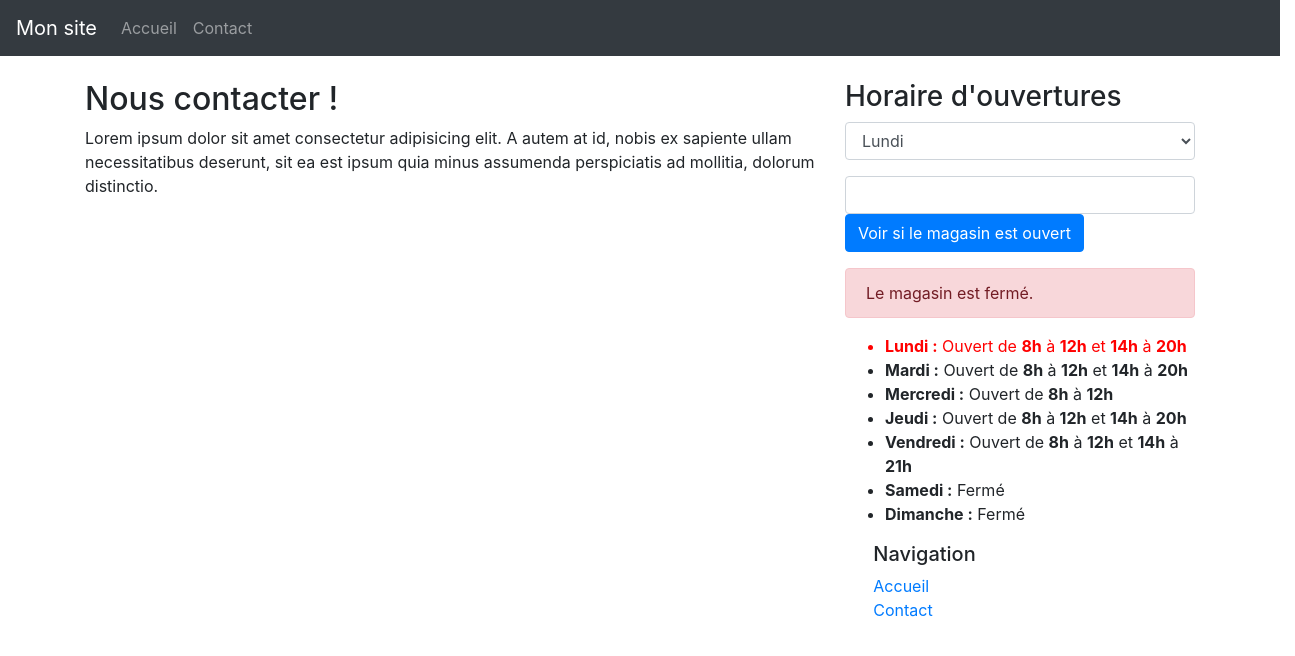
Repository: Alex-Serky/Backend_PHP
Page: http://localhost/contact.php
An editor plug-in stored every save of this project. The page is shown before and after the next save, followed by the edit.
The browser window is 1280 px wide. The page is 1295 px wide, so the pictures cover 1295 px, including what lies to the right of the window. The pictures show the whole page.
Some web libraries are served in a nearby version. The page is run by PHP 8.4 with error messages shown; the project is at /var/www/html/.

Above is the page before, as saved 2020-07-20 23:24:23.

After the next save:
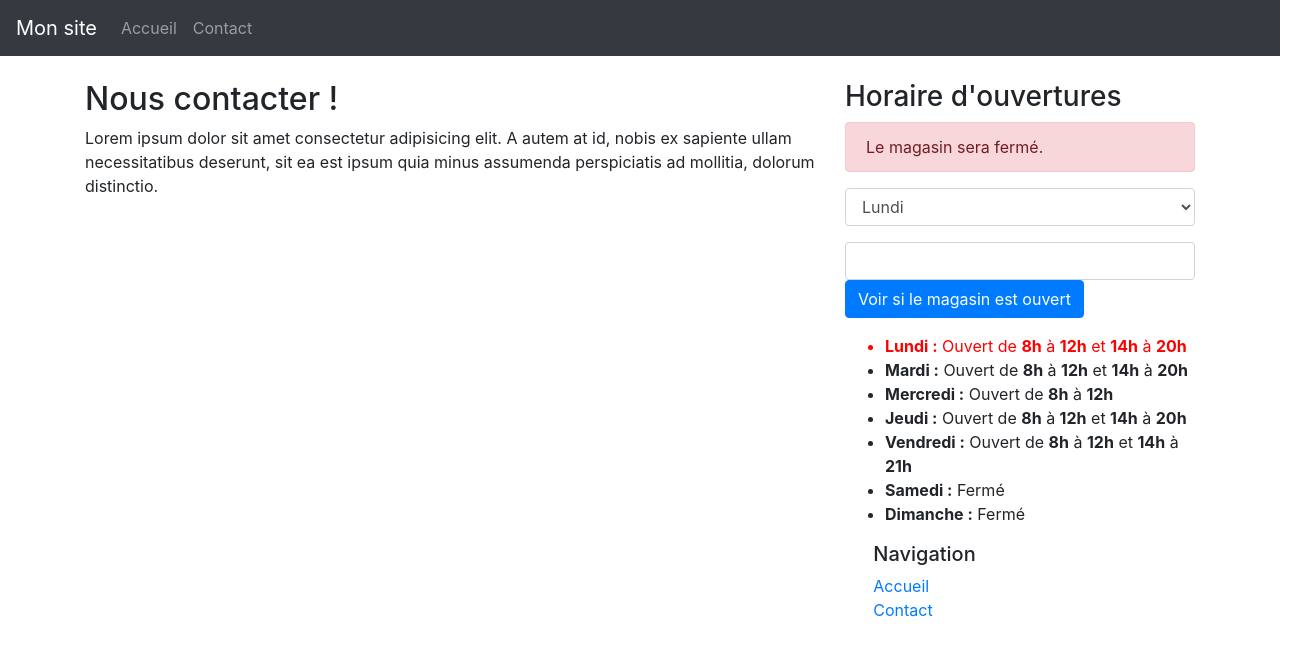
Saved 5 min 50 s later.
--- a/contact.php
+++ b/contact.php
@@ -4,8 +4,9 @@ $title = 'Nous contacter !';
 require_once 'config.php';
 require_once 'functions.php';
 date_default_timezone_set('Europe/Paris');
-$heure = (int)date('G'); // Récupérer l'heure d'aujourd'hui
-$creneaux = CRENEAUX[date('N') - 1]; // Récupérer les créneaux d'aujourd'hui $creneaux
+$heure = (int)($_GET['heure'] ?? date('G')); // Récupérer l'heure d'aujourd'hui
+$jour = (int)($_GET['jour'] ?? date('N') - 1);
+$creneaux = CRENEAUX[$jour]; // Récupérer les créneaux d'aujourd'hui $creneaux
 $ouvert = in_creneaux($heure, $creneaux); // Récupérer l'état d'ouverture du magasin
 $color = $ouvert ? 'green' : 'red';
 // if ($ouvert) { $color = 'green';} else { $color = 'red'; }
@@ -25,6 +26,16 @@ require 'header.php';
     <div class="col-md-4">
         <h3>Horaire d'ouvertures</h3>
 
+        <?php if ($ouvert) : ?>
+            <div class="alert alert-success">
+                Le magasin sera ouvert.
+            </div>
+        <?php else : ?>
+            <div class="alert alert-danger">
+                Le magasin sera fermé.
+            </div>
+        <?php endif ?>
+
         <form action="" method="GET">
             <div class="form-group">
                 <select name="jour" class="form-control">
@@ -39,15 +50,6 @@ require 'header.php';
             </div>
         </form>
 
-        <?php if ($ouvert) : ?>
-            <div class="alert alert-success">
-                Le magasin est ouvert.
-            </div>
-        <?php else : ?>
-            <div class="alert alert-danger">
-                Le magasin est fermé.
-            </div>
-        <?php endif ?>
         <ul>
             <?php foreach (JOURS as $k => $jour) : ?>
                 <li <?php if ($k + 1 === (int)date('N')) : ?> style="color:<?= $color ?>" <?php endif ?>>
